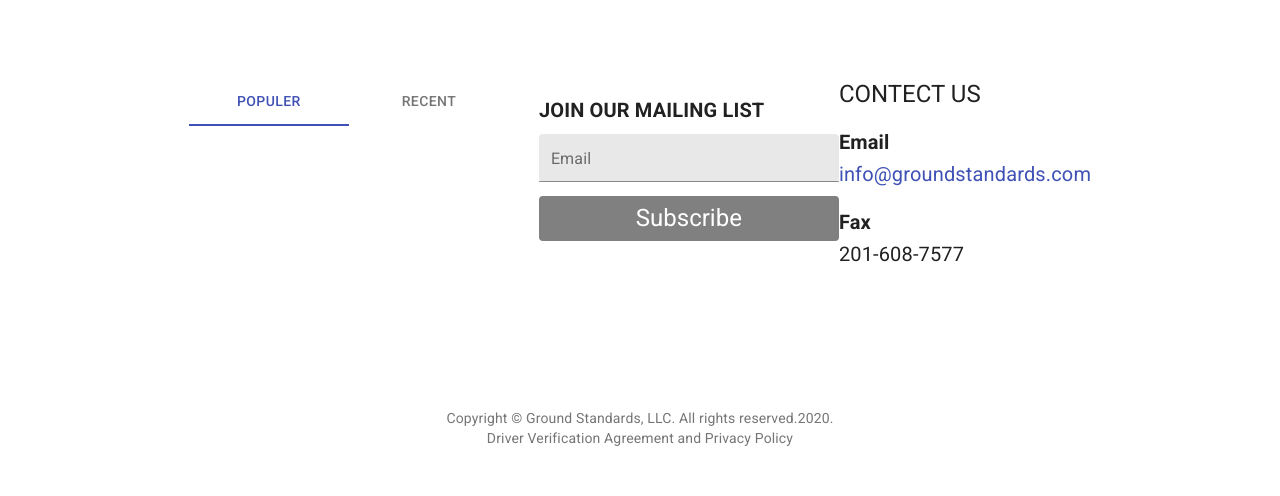
Repository: vinuvish/groundstandards_react
Page: /
These files come from the project's save history. The page is drawn as it stood at one moment and after the next save; the edit follows.
The browser window is 1280 px wide. The pictures show the part of the page from y = 3920 to 4416 px (the page is 4416 px tall).
The page's requests for data from a server got no answer. The project was rebuilt for these pictures with package versions that can differ from the ones it lists, and the page was loaded fresh each time. No one was signed in, and anything a server would have sent is missing. Also part of the build but not shown: src/pages/app/NotFoundPage.tsx, src/pages/app/SignUpPage.tsx, src/pages/app/AboutPage.tsx, src/pages/app/OurSolutionPage.tsx, src/pages/app/OurPartnerPage.tsx, src/pages/app/ResourcePage.tsx, src/pages/app/PressPage.tsx, src/pages/app/BlockPage.tsx and 1 more. Imported but missing from the stored project, and not drawn on this page: src/assets/video/video-2.mp4.

Above is the page before, as saved 2020-11-28 12:16:31.

After the next save:
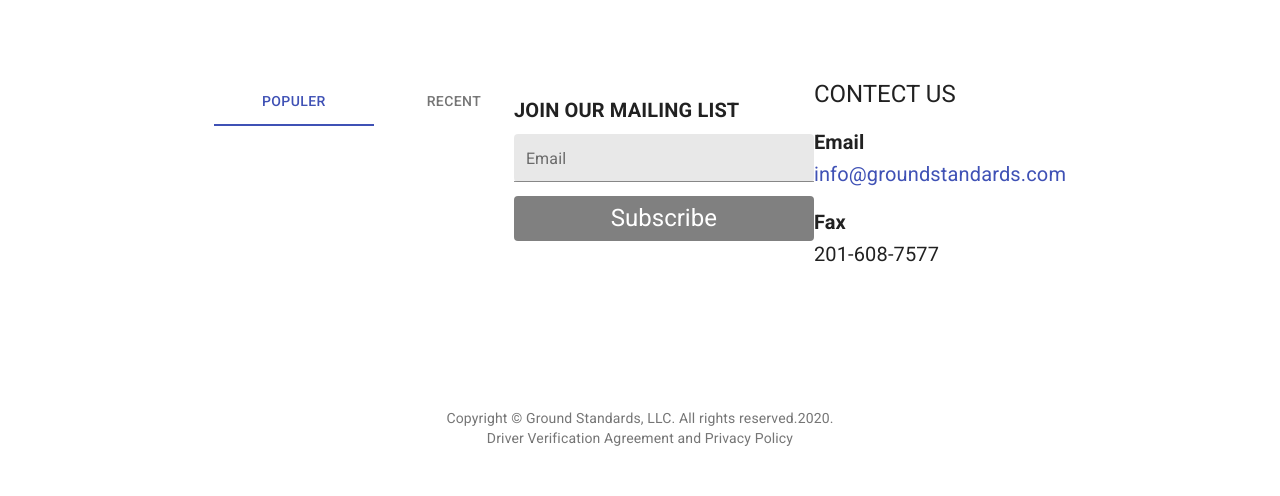
Saved 11 s later.
--- a/src/components/Zfooter.tsx
+++ b/src/components/Zfooter.tsx
@@ -143,7 +143,7 @@ const useStyles = makeStyles((theme) => ({
         variant: "scrollable"
     },
     emailSubscription: {
-        marginLeft: '50px',
+
         width: 300,
     },
     submitButton: {
